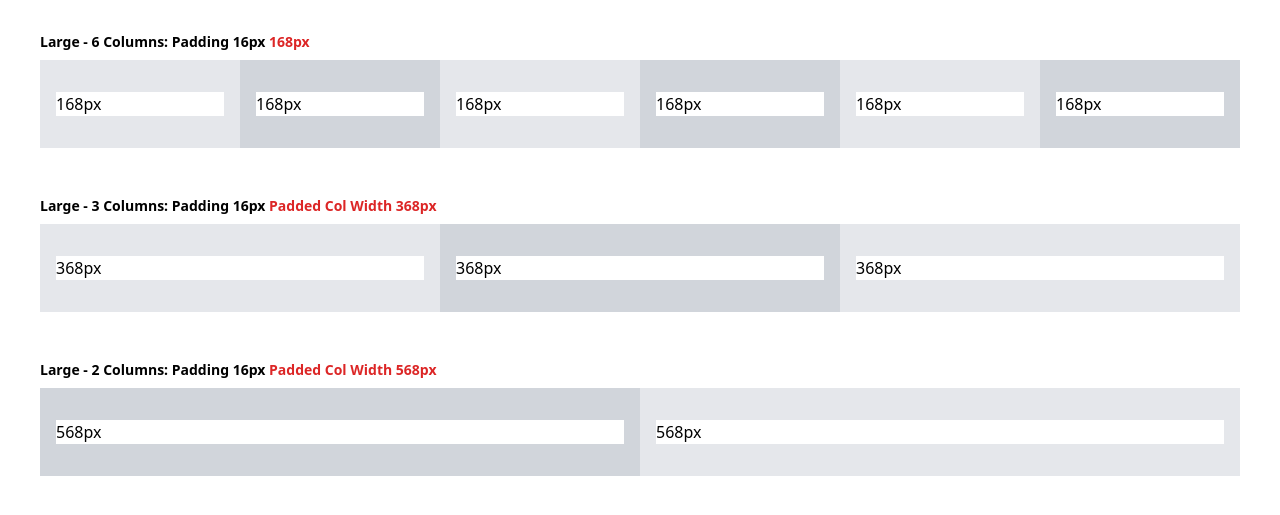
Repository: fabianwurk/vue-tailwind
Page: /
The author's editor kept a copy of each file at every save. The page is drawn from the files as they stood at one save, then again after the next save.
The browser window is 1280 px wide. The pictures show the whole page.
The project was rebuilt for these pictures with package versions that can differ from the ones it lists, and the page was loaded fresh each time. Also part of the build but not shown: vite.config.js.

Above is the page before, as saved 2021-03-16 00:00:34.

After the next save:
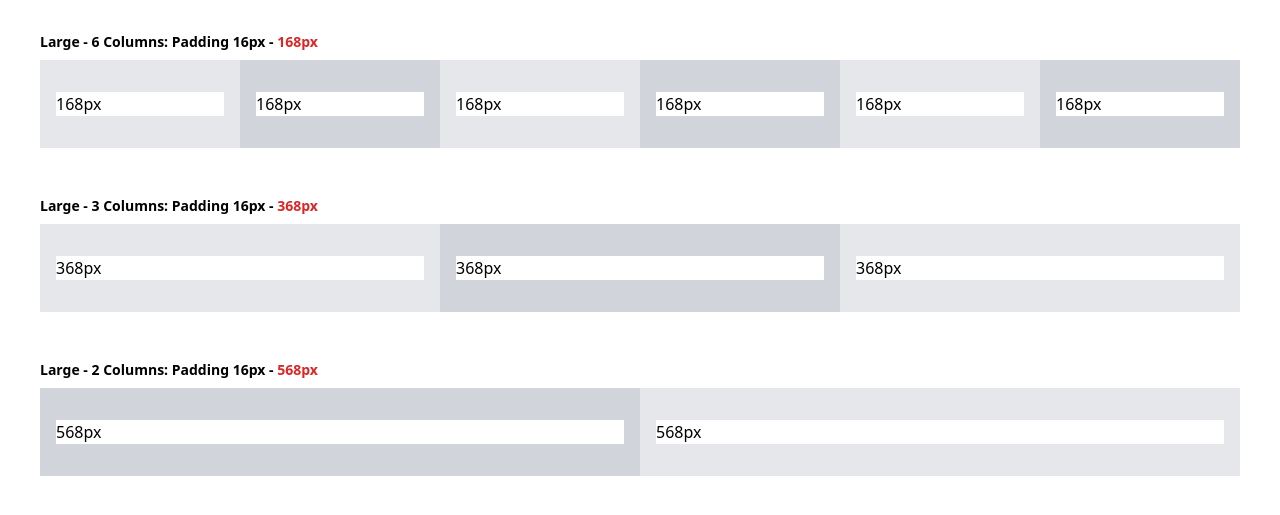
Saved 24 s later.
--- a/src/components/Tail.vue
+++ b/src/components/Tail.vue
@@ -2,7 +2,7 @@
   <div>
 
   <div class="container mx-auto">
-    <h2 class="text-sm font-bold mb-2 mt-8">Large - 6 Columns: Padding 16px <span class="text-red-600">{{ sixCol }}</span></h2>
+    <h2 class="text-sm font-bold mb-2 mt-8">Large - 6 Columns: Padding 16px - <span class="text-red-600">{{ sixCol }}</span></h2>
     <div class="flex items-center">
       <div class="w-1/6 bg-gray-200 mb-4 mt-0 py-8 px-4">
         <span class="bg-white w-full block">{{ sixCol }}</span>
@@ -26,7 +26,7 @@
   </div>
 
   <div class="container mx-auto">
-    <h2 class="text-sm font-bold mb-2 mt-8">Large - 3 Columns: Padding 16px <span class="text-red-600">Padded Col Width {{ threeCol }}</span></h2>
+    <h2 class="text-sm font-bold mb-2 mt-8">Large - 3 Columns: Padding 16px - <span class="text-red-600">{{ threeCol }}</span></h2>
     <div class="flex items-center">
       <div class="w-1/3 bg-gray-200 mb-4 mt-0 py-8 px-4">
         <span class="bg-white w-full block">{{ threeCol }}</span>
@@ -41,7 +41,7 @@
   </div>
 
   <div class="container mx-auto">
-    <h2 class="text-sm font-bold mb-2 mt-8">Large - 2 Columns: Padding 16px <span class="text-red-600">Padded Col Width {{ twoCol }}</span></h2>
+    <h2 class="text-sm font-bold mb-2 mt-8">Large - 2 Columns: Padding 16px - <span class="text-red-600">{{ twoCol }}</span></h2>
     <div class="flex items-center">
       <div class="w-1/2 bg-gray-300 mb-4 mt-0 py-8 px-4">
         <span class="bg-white w-full block">{{ twoCol }}</span>
